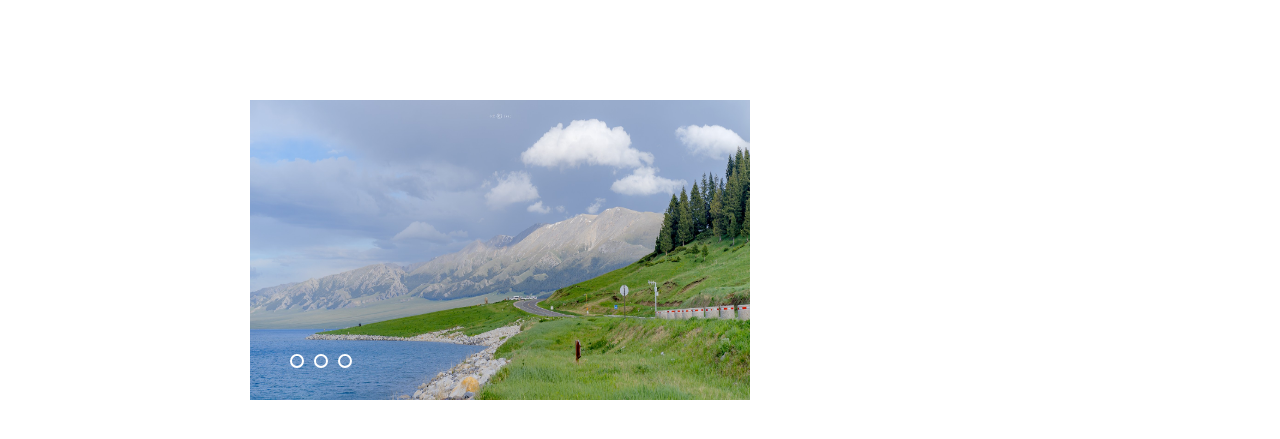
Repository: Sky0258/study
Page: js/25.轮播图案例.html
An editor plug-in stored every save of this project. The page is shown before and after the next save, followed by the edit.
The browser window is 1280 px wide. The pictures show the whole page.

Above is the page before, as saved 2022-09-19 09:32:56.

### js/25.轮播图案例.html
<!DOCTYPE html>
<html lang="en">

<head>
    <meta charset="UTF-8">
    <meta http-equiv="X-UA-Compatible" content="IE=edge">
    <meta name="viewport" content="width=device-width, initial-scale=1.0">
    <title>Document</title>
</head>
<style>
    * {
        padding: 0;
        margin: 0;
    }
    li {
        list-style: none;
    }
    div {
        margin: 100px 250px;
        width: 500px;
        height: 300px;
        overflow: hidden;
        position: relative;
    }
    span {
        display: block;
        width: 25px;
        height: 25px;
        border-radius: 25px;
        background-color: rgba(0, 0, 0, 0.5);
        color: white;
        text-align: center;
        line-height: 25px;
        position: absolute;
        top: 135px;
        font-size: 18px;
        cursor: pointer;
        display: none;
    }
    span.one {
        right: 3px;
    }
    span.two {
        left: 3px;
    }
    .img {
        width: 400%;
    }
    .img li {
        float: left;
    }
    img {
        width: 500px;
        height: 300px;
    }
    .circle {
        margin-left: 30px;
    }
    .circle li{
        width: 10px;
        height: 10px;
        border-radius: 10px;
        border: 2px solid #fff;
        position: relative;
        bottom: 50px;
        float: left;
        margin-left: 10px;
    }
</style>
<body>
    <div class="box">
        <span class="one">></span>
        <span class="two"><</span>
        <ul class="img">
            <li> <img src="./timeImages/20210706210945_81de4.jpg" alt="">
            </li>
            <li> <img src="./timeImages/83f42dba342b4447b27e8ae00ee5b0bb.jpg" alt="">
            </li>
            <li> <img src="./timeImages/下载.png" alt="">
            </li>
            <li> <img src="./timeImages/1.png" alt="">
            </li>
        </ul>
        <ul class="circle">
            <li></li>
            <li></li>
            <li></li>
        </ul>
    </div>
</body>
<script>
    var spans = document.querySelectorAll('span');
    var box = document.querySelector('.box');

    box.addEventListener('mouseover', function() {
        spans[0].style.display = 'block';
        spans[1].style.display = 'block';
    });

    box.addEventListener('mouseout',function() {
        spans[0].style.display = 'none';
        spans[1].style.display = 'none';
    })
</script>
</html>

After the next save:
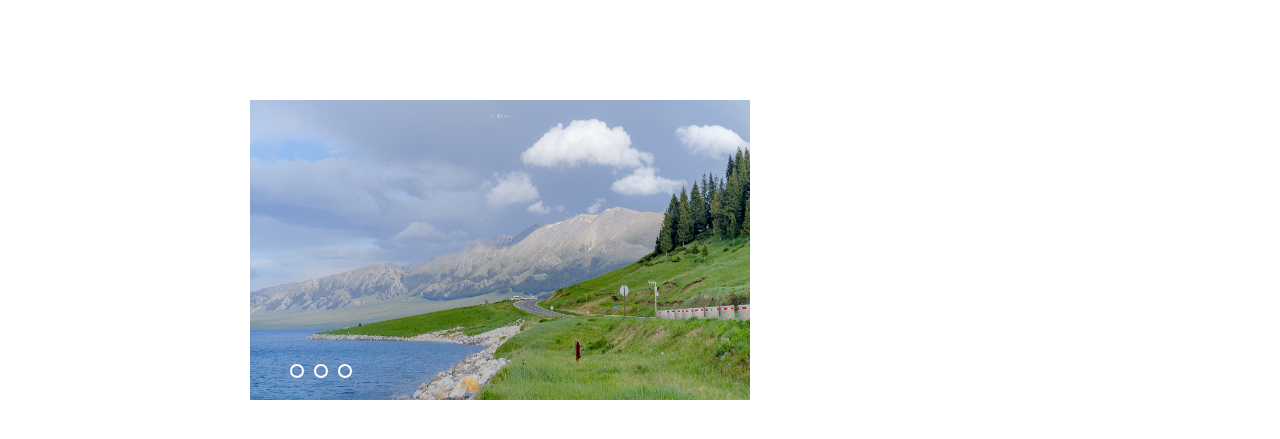
Saved 9 s later.
--- a/js/25.轮播图案例.html
+++ b/js/25.轮播图案例.html
@@ -62,7 +62,7 @@
         border-radius: 10px;
         border: 2px solid #fff;
         position: relative;
-        bottom: 50px;
+        bottom: 40px;
         float: left;
         margin-left: 10px;
     }
